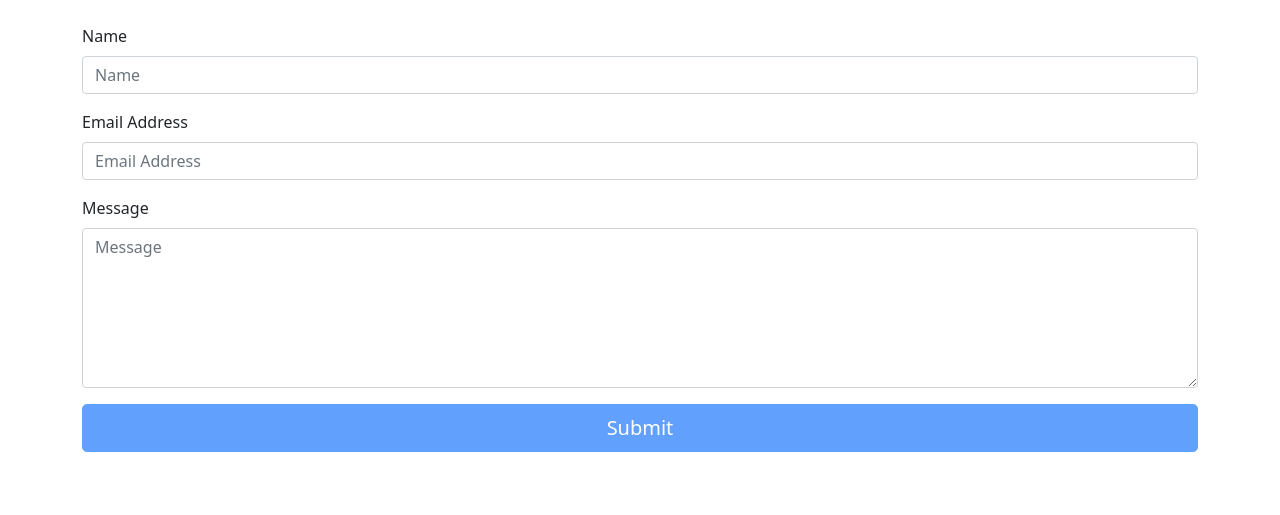
Repository: ahamie71/myfolio
Page: http://localhost/contact.php
These files come from the project's save history. The page is drawn as it stood at one moment and after a run of saves; the edit follows.
The browser window is 1280 px wide. The pictures show the whole page.
The page is run by PHP 8.4 with error messages shown; the project is at /var/www/html/.

Above is the page before, as saved 2023-01-11 15:26:32.

### contact.php
<?php
if (isset($_POST['register'])) {

    if (isset($_POST['name']) && $_POST['email'] && $_POST['message']) {

        $name = $_POST['name'];
        $email = $_POST['email'];
        $message = $_POST['message'];



        $db = new PDO('mysql:host=localhost;dbname=portfeuille;charset=utf8', 'root', 'root');
        $req = $db->prepare("INSERT INTO user (name,email,message) VALUES (:name,:email,:message)");
        $req->execute(
            array(
                ':name' => $name,
                ':email' => $email,
                ':message' => $message,
            )

        );
    }
}
?>
<!DOCTYPE html>
<html lang="en">
<head>
    <meta charset="UTF-8">
    <meta http-equiv="X-UA-Compatible" content="IE=edge">
    <link href="https://cdn.jsdelivr.net/npm/bootstrap@5.0.2/dist/css/bootstrap.min.css" rel="stylesheet" integrity="sha384-EVSTQN3/azprG1Anm3QDgpJLIm9Nao0Yz1ztcQTwFspd3yD65VohhpuuCOmLASjC" crossorigin="anonymous">
    <meta name="viewport" content="width=device-width, initial-scale=1.0">
    <title>Document</title>
</head>
<body>
<div class="container py-4">

<!-- Bootstrap 5 starter form -->
<form id="contactForm" data-sb-form-api-token="API_TOKEN" action="" method="Post">

  <!-- Name input -->
  <div class="mb-3">
    <label class="form-label" for="name">Name</label>
    <input class="form-control" id="name" type="text" placeholder="Name" data-sb-validations="required" />
    <div class="invalid-feedback" data-sb-feedback="name:required">Name is required.</div>
  </div>

  <!-- Email address input -->
  <div class="mb-3">
    <label class="form-label" for="emailAddress">Email Address</label>
    <input class="form-control" id="emailAddress" type="email" placeholder="Email Address" data-sb-validations="required, email" />
    <div class="invalid-feedback" data-sb-feedback="emailAddress:required">Email Address is required.</div>
    <div class="invalid-feedback" data-sb-feedback="emailAddress:email">Email Address Email is not valid.</div>
  </div>

  <!-- Message input -->
  <div class="mb-3">
    <label class="form-label" for="message">Message</label>
    <textarea class="form-control" id="message" type="text" placeholder="Message" style="height: 10rem;" data-sb-validations="required"></textarea>
    <div class="invalid-feedback" data-sb-feedback="message:required">Message is required.</div>
  </div>

  <!-- Form submissions success message -->
  <div class="d-none" id="submitSuccessMessage">
    <div class="text-center mb-3">Form submission successful!</div>
  </div>

  <!-- Form submissions error message -->
  <div class="d-none" id="submitErrorMessage">
    <div class="text-center text-danger mb-3">Error sending message!</div>
  </div>

  <!-- Form submit button -->
  <div class="d-grid">
    <button class="btn btn-primary btn-lg disabled" id="submitButton" type="submit" name="register">Submit</button>
  </div>

</form>

</div>
<script src="https://cdn.jsdelivr.net/npm/@popperjs/core@2.9.2/dist/umd/popper.min.js" integrity="sha384-IQsoLXl5PILFhosVNubq5LC7Qb9DXgDA9i+tQ8Zj3iwWAwPtgFTxbJ8NT4GN1R8p" crossorigin="anonymous"></script>
<script src="https://cdn.jsdelivr.net/npm/bootstrap@5.0.2/dist/js/bootstrap.min.js" integrity="sha384-cVKIPhGWiC2Al4u+LWgxfKTRIcfu0JTxR+EQDz/bgldoEyl4H0zUF0QKbrJ0EcQF" crossorigin="anonymous"></script>
<!-- SB Forms JS -->
<script src="https://cdn.startbootstrap.com/sb-forms-latest.js"></script>
</body>
</html>

After the next 2 saves:
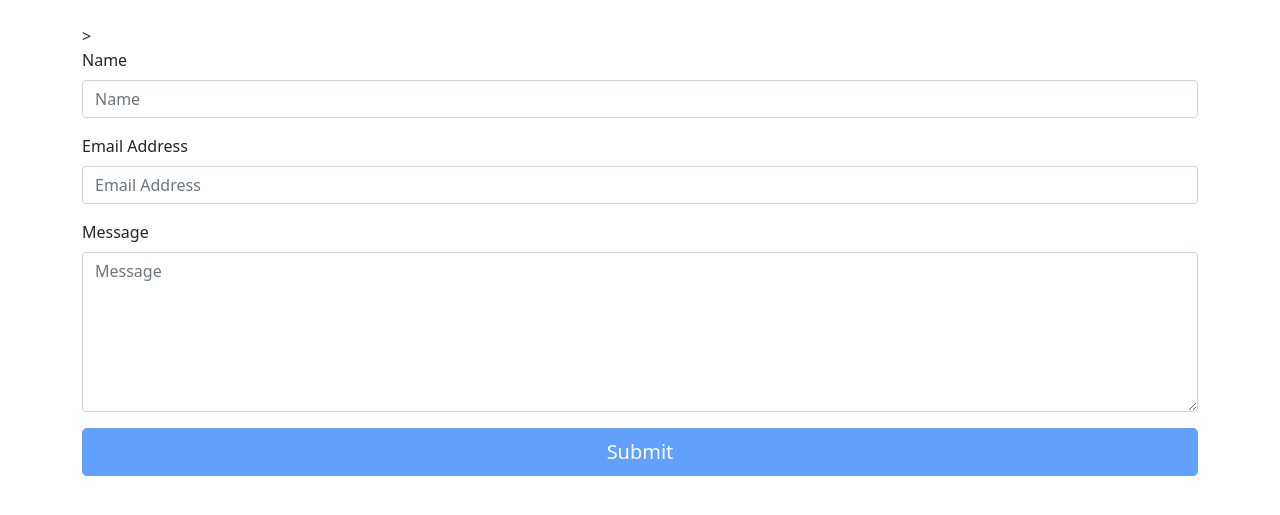
The 2 saves are shown as one change because they came seconds apart.
The last was saved 42 s later.
--- a/contact.php
+++ b/contact.php
@@ -35,7 +35,7 @@
 <div class="container py-4">
 
 <!-- Bootstrap 5 starter form -->
-<form id="contactForm" data-sb-form-api-token="API_TOKEN" action="" method="Post">
+<form id="contactForm" data-sb-form-api-token="API_TOKEN"  action="./inscription.php" method="POST">>
 
   <!-- Name input -->
   <div class="mb-3">

After the 2 saves that followed:
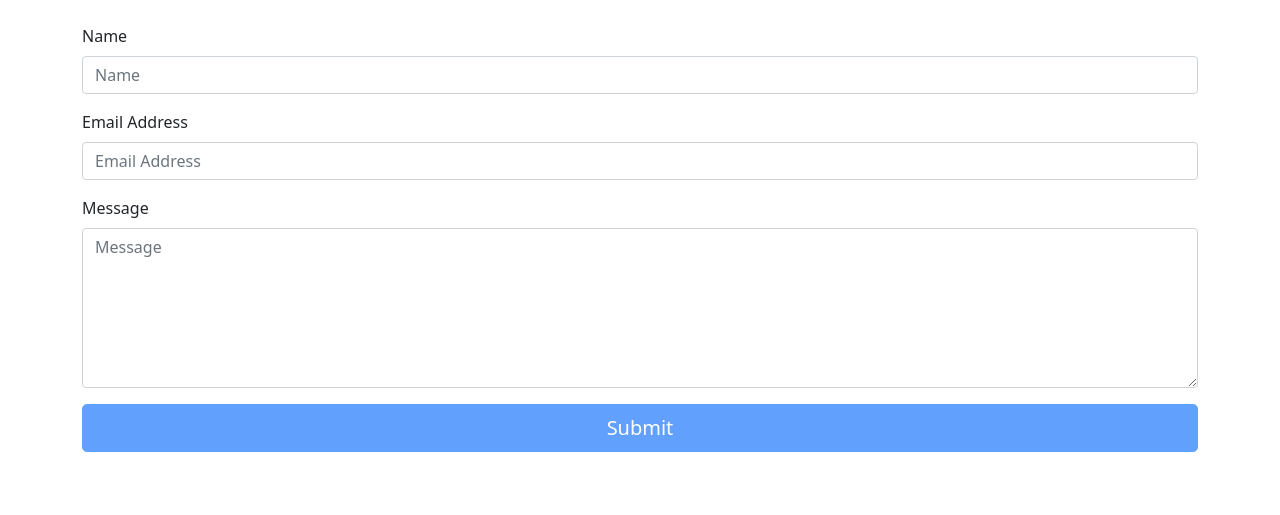
The 2 saves are shown as one change because they came seconds apart.
The last was saved 6 s later.
--- a/contact.php
+++ b/contact.php
@@ -35,7 +35,7 @@
 <div class="container py-4">
 
 <!-- Bootstrap 5 starter form -->
-<form id="contactForm" data-sb-form-api-token="API_TOKEN"  action="./inscription.php" method="POST">>
+<form id="contactForm" data-sb-form-api-token="API_TOKEN"  action="" method="POST">
 
   <!-- Name input -->
   <div class="mb-3">
